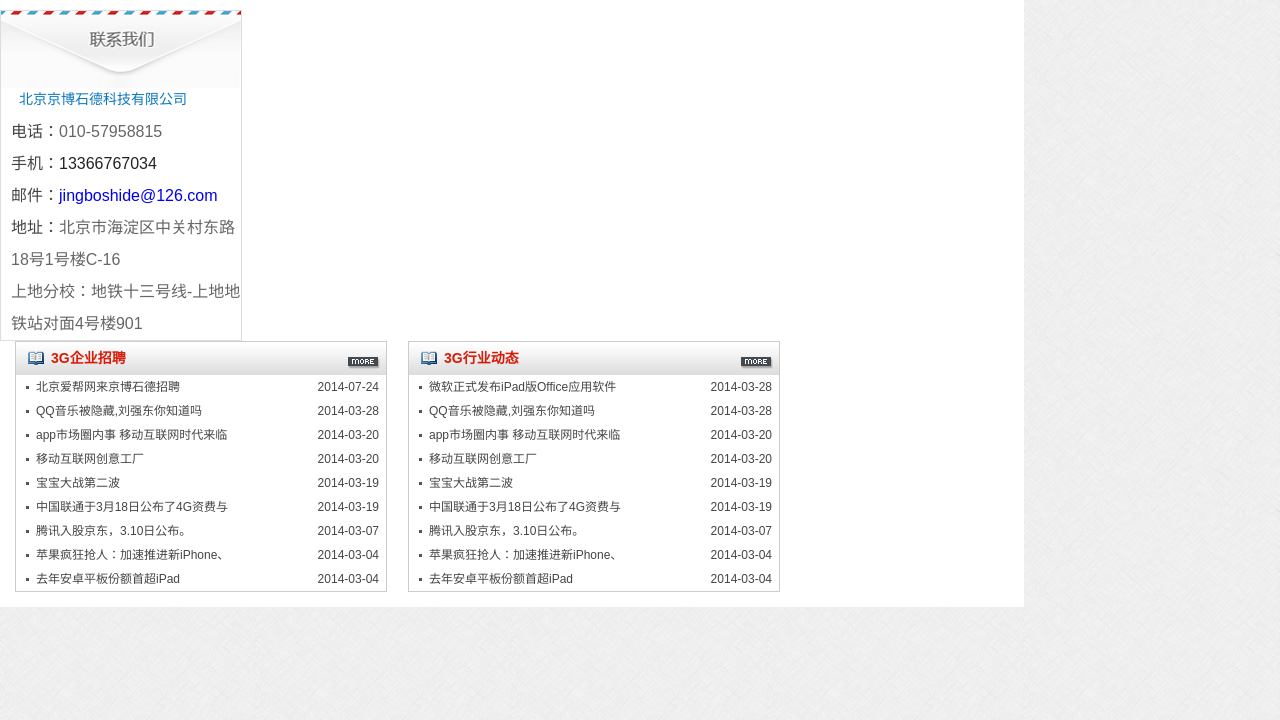
Repository: wzhcxw/shop
Page: ShopOnline/WebContent/about.html
An editor plug-in stored every save of this project. The page is shown before and after the next save, followed by the edit.
The browser window is 1280 px wide. The pictures show the whole page.

Above is the page before, as saved 2014-10-03 05:34:21.

After the next save:
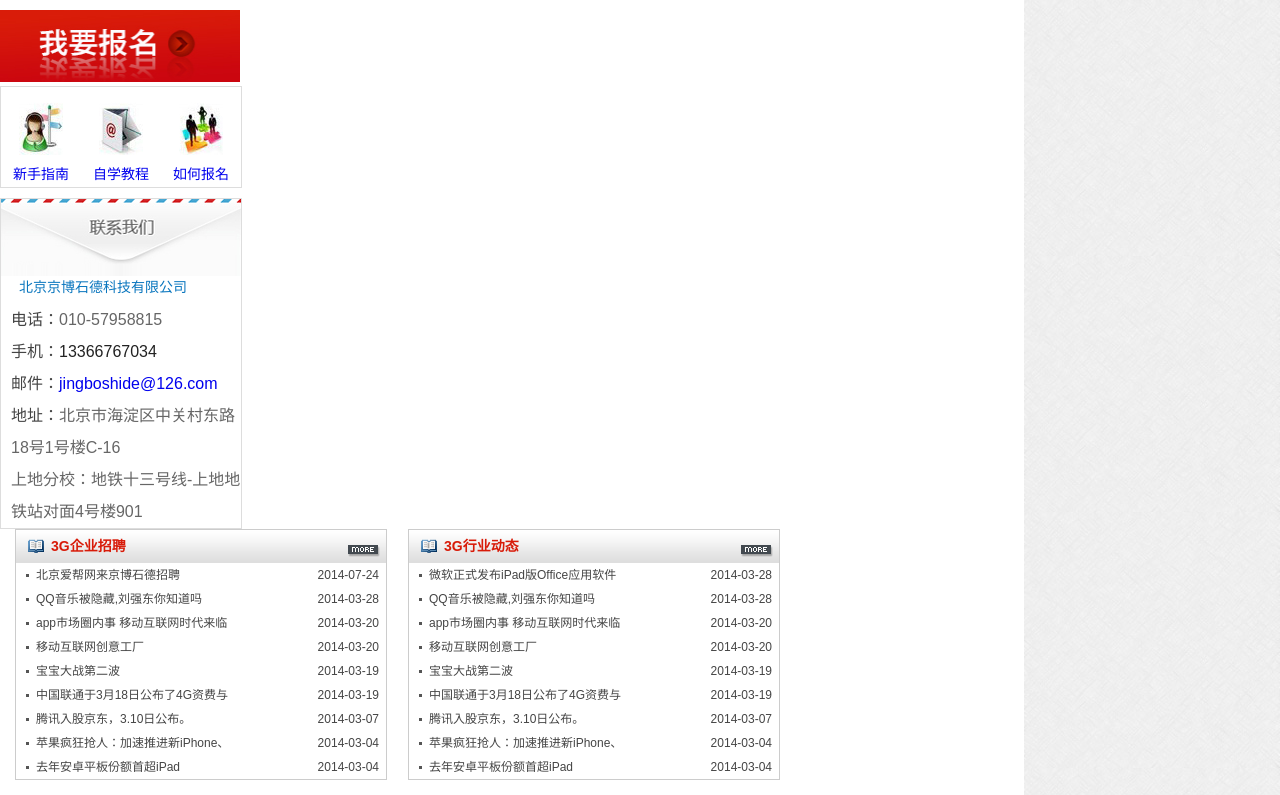
Saved 4 min 41 s later.
--- a/ShopOnline/WebContent/about.html
+++ b/ShopOnline/WebContent/about.html
@@ -23,6 +23,23 @@
 		<div class="content">
 		  <div class = "section group">
 				<div class="left_frame">
+
+				      <div class="a_2"><a href="/?c=message"><img src="../static/images/wybm.jpg"  width="241" height="72"/></a></div>
+				      <div class="a_3">
+					        <dl>
+					          <dt><a href="/?c=message"><img src="../static/images/a1.jpg" width="44" height="53" /></a></dt>
+					          <dd><a href="/?c=message">新手指南</a></dd>
+					        </dl>
+					        <dl>
+					          <dt><a href="/?c=message"><img src="../static/images/a2.jpg" width="44" height="53" /></a></dt>
+					          <dd><a href="/?c=message">自学教程</a></dd>
+					        </dl>
+					        <dl>
+					          <dt><a href="/?c=message"><img src="../static/images/a3.jpg" width="44" height="53" /></a></dt>
+					          <dd><a href="/?c=message">如何报名</a></dd>
+					        </dl>
+				      </div>
+
 	    			 <div class="a_4"> <img src="./static/images/lxwm.jpg"  height="77" />
 					     <span style="font-size: 14px;">北京京博石德科技有限公司</span>
 							<p>
